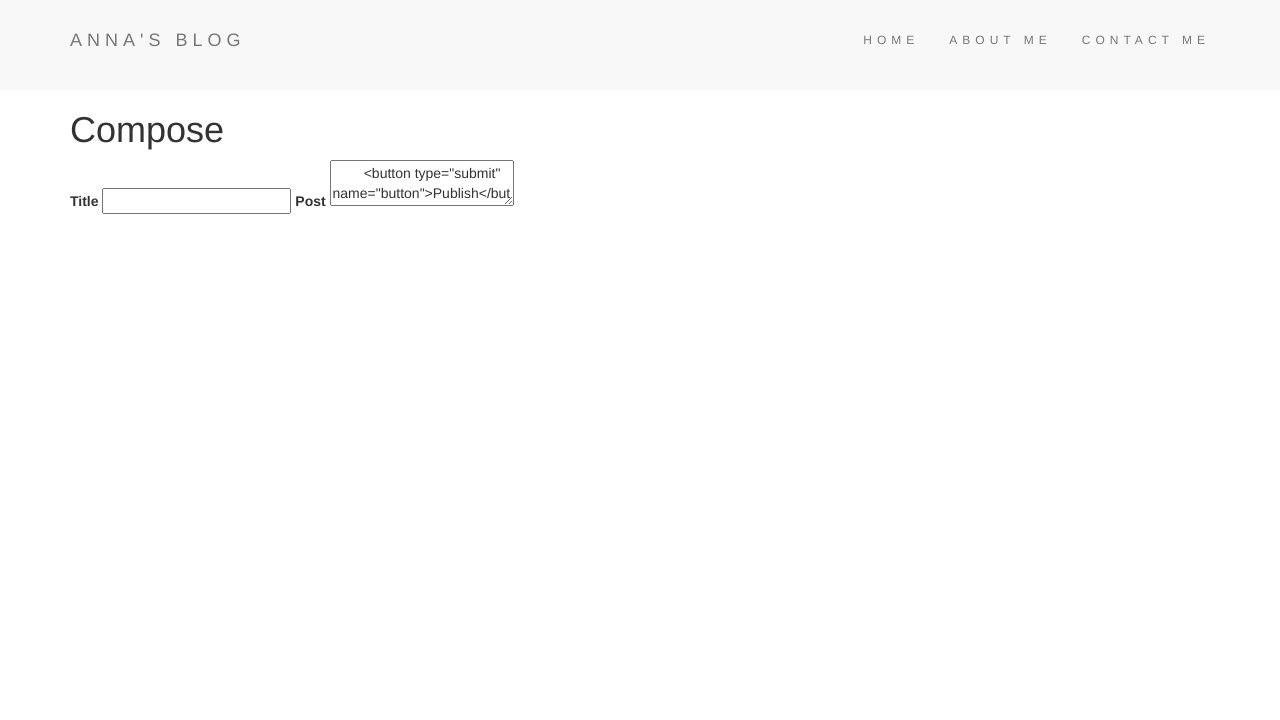
Repository: thecoachanna/blog
Page: http://localhost/compose
An editor plug-in stored every save of this project. The page is shown before and after a run of saves, followed by the edit.
The browser window is 1280 px wide. The pictures show the whole page.
The page is served by the project's Node server (app.js).

Above is the page before, as saved 2023-05-10 07:23:45.

### views/compose.ejs
<%- include("partials/header.ejs") %>

    <h1>Compose</h1>
    <form action="/compose" method="post">
        <label for="title">Title</label>
        <input type="text" name="title" autocomplete="off">

        <label for="post">Post</label>
        <textarea type="text" name="post">
        <button type="submit" name="button">Publish</button>
    </form>

<%- include("partials/footer.ejs") %>

### views/partials/header.ejs
<!DOCTYPE html>
<html lang="en" dir="ltr">

<head>
  <meta charset="utf-8">
  <title>Anna's Blog</title>
  <meta charset="utf-8">
  <link rel="stylesheet" href="https://maxcdn.bootstrapcdn.com/bootstrap/3.3.7/css/bootstrap.min.css">
  <link rel="stylesheet" href="/css/styles.css">
  <nav class="navbar navbar-default">
    <div class="container">
      <div class="navbar-header">
        <p class="navbar-brand">ANNA'S BLOG</p>
      </div>
        <ul class="nav navbar-nav navbar-right">
          <!-- 6 -->
          <li id="home"><a href="/">HOME</a></li>
          <li id="about"><a href="/about">ABOUT ME</a></li>
          <li id="contact"><a href="/contact">CONTACT ME</a></li>
        </ul>
    </div>
  </nav>

  <body>
    <div class="container">

### views/partials/footer.ejs

</div>
<div class="footer-padding"></div>
  <div class="footer">
    <p>Made with ❤️ by Anna Nettles LLC</p>
  </div>
</div>
</body>
</html>

### app.js
//jshint esversion:6

const express = require("express");
const bodyParser = require("body-parser");
const ejs = require("ejs");

const homeStartingContent = "Lacus vel facilisis volutpat est velit egestas dui id ornare. Semper auctor neque vitae tempus quam. Sit amet cursus sit amet dictum sit amet justo. Viverra tellus in hac habitasse. Imperdiet proin fermentum leo vel orci porta. Donec ultrices tincidunt arcu non sodales neque sodales ut. Mattis molestie a iaculis at erat pellentesque adipiscing. Magnis dis parturient montes nascetur ridiculus mus mauris vitae ultricies. Adipiscing elit ut aliquam purus sit amet luctus venenatis lectus. Ultrices vitae auctor eu augue ut lectus arcu bibendum at. Odio euismod lacinia at quis risus sed vulputate odio ut. Cursus mattis molestie a iaculis at erat pellentesque adipiscing.";
const aboutContent = "Hac habitasse platea dictumst vestibulum rhoncus est pellentesque. Dictumst vestibulum rhoncus est pellentesque elit ullamcorper. Non diam phasellus vestibulum lorem sed. Platea dictumst quisque sagittis purus sit. Egestas sed sed risus pretium quam vulputate dignissim suspendisse. Mauris in aliquam sem fringilla. Semper risus in hendrerit gravida rutrum quisque non tellus orci. Amet massa vitae tortor condimentum lacinia quis vel eros. Enim ut tellus elementum sagittis vitae. Mauris ultrices eros in cursus turpis massa tincidunt dui.";
const contactContent = "Scelerisque eleifend donec pretium vulputate sapien. Rhoncus urna neque viverra justo nec ultrices. Arcu dui vivamus arcu felis bibendum. Consectetur adipiscing elit duis tristique. Risus viverra adipiscing at in tellus integer feugiat. Sapien nec sagittis aliquam malesuada bibendum arcu vitae. Consequat interdum varius sit amet mattis. Iaculis nunc sed augue lacus. Interdum posuere lorem ipsum dolor sit amet consectetur adipiscing elit. Pulvinar elementum integer enim neque. Ultrices gravida dictum fusce ut placerat orci nulla. Mauris in aliquam sem fringilla ut morbi tincidunt. Tortor posuere ac ut consequat semper viverra nam libero.";

const app = express();

app.set('view engine', 'ejs');

app.use(bodyParser.urlencoded({extended: true}));
app.use(express.static("public"));

// Home Page
app.get('/', (req, res) => {
  res.render('home', { startingContent: homeStartingContent })
})

// About Page
app.get('/about', (req, res) => {
  res.render('about', { about: aboutContent })
})

// Contact Page
app.get('/contact', (req, res) => {
  res.render('contact', { contact: contactContent })
})

// Compose Page - GET
app.get('/compose', (req, res) => {
  res.render('compose')
})

// Compose Page - POST
app.post('/compose', (req, res) => {
  let newBlog = req.body.blog
  console.log(newBlog)
  res.render('compose')
})











app.listen(3000, function() {
  console.log("Server started on port 3000");
});

### public/css/styles.css
.container-fluid {
    padding-top: 70px;
    padding-bottom: 70px;
}
.navbar {
    padding-top: 15px;
    padding-bottom: 15px;
    border: 0;
    border-radius: 0;
    margin-bottom: 0;
    font-size: 12px;
    letter-spacing: 5px;
}
.navbar-nav  li a:hover {
    color: #5AAFAA !important;
}

.footer-padding {
	padding-bottom: 60px;
}

.footer {
	position: absolute;
	text-align: center;
	bottom: 0;
	width: 100%;
	height: 60px;
	background-color: #5AAFAA;
}

.footer p {
	margin-top: 25px;
	font-size: 12px;
  color: #fff;
}

After the next 2 saves:
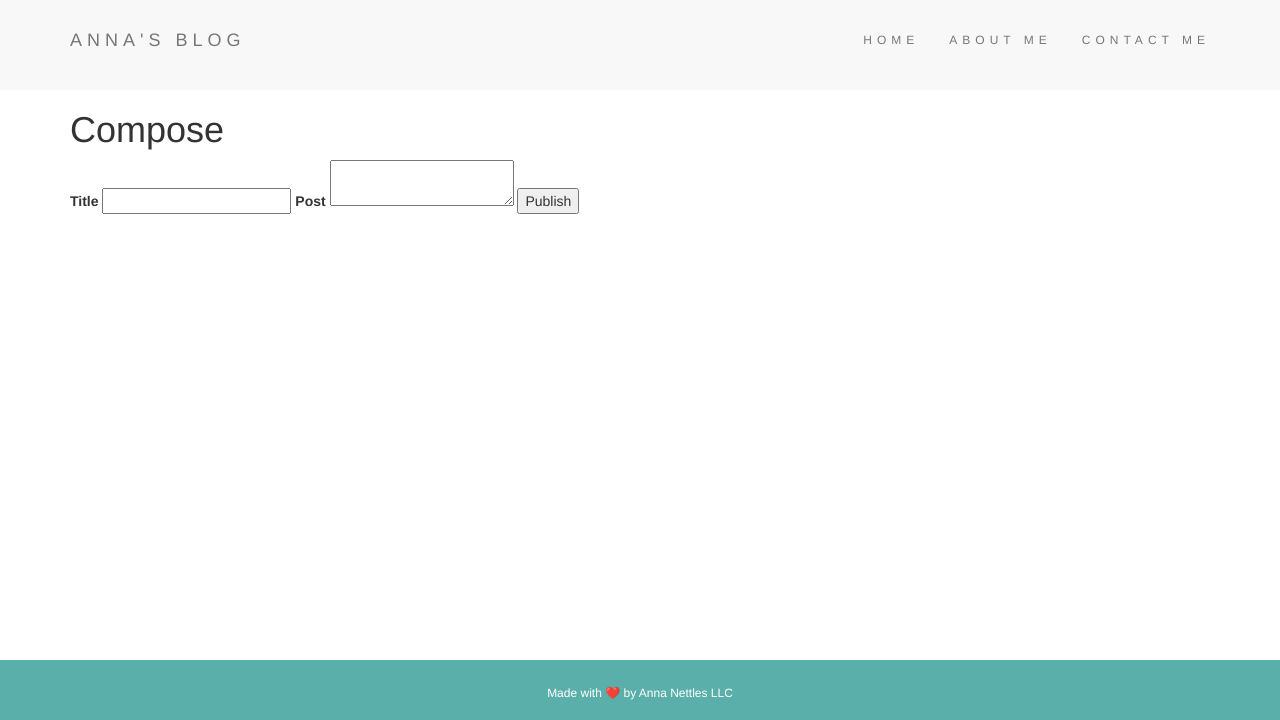
The 2 saves are shown as one change because they came seconds apart.
The last was saved 7 s later.
--- a/views/compose.ejs
+++ b/views/compose.ejs
@@ -6,7 +6,7 @@
         <input type="text" name="title" autocomplete="off">
 
         <label for="post">Post</label>
-        <textarea type="text" name="post">
+        <textarea type="text" name="post"></textarea>
         <button type="submit" name="button">Publish</button>
     </form>
 
